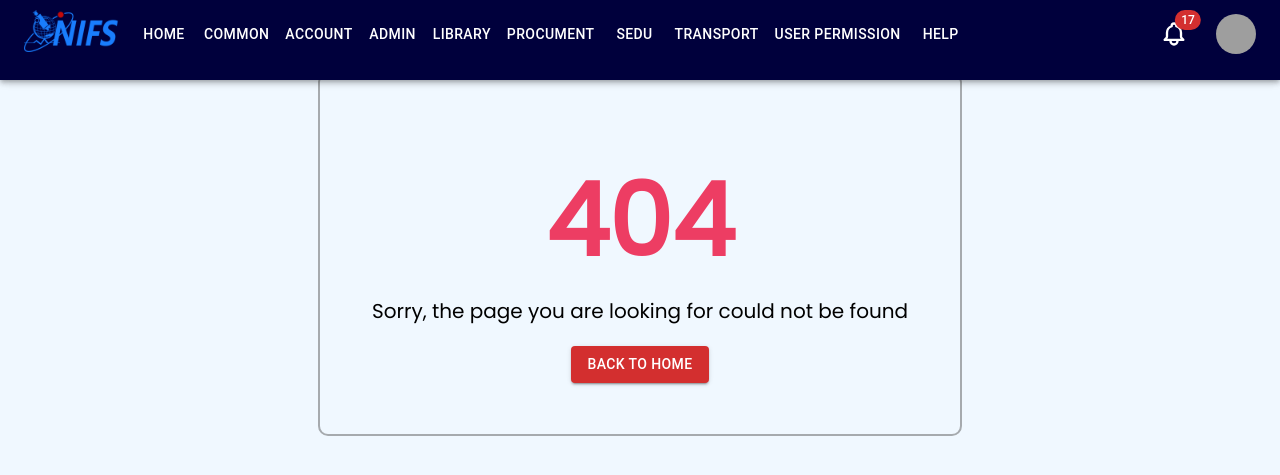
Repository: virangaj/NIFS-WebApp
Page: /error-404 (app in client/)
These files come from the project's save history. The page is drawn as it stood at one moment and after the next save; the edit follows.
The browser window is 1280 px wide. The pictures show the whole page.
Pictures or frames that could not be fetched are drawn as grey boxes. The project was rebuilt for these pictures with package versions that can differ from the ones it lists, and the page was loaded fresh each time. Also part of the build but not shown: client/src/pages/Login.tsx, client/src/pages/Home.tsx, client/src/components/Transport/shared/TransportNavbar.js, client/src/pages/TransportMainPage.tsx, client/src/pages/CommonMainPage.tsx, client/src/pages/AccountMainPage.tsx, client/src/pages/AdminMainPage.tsx, client/src/pages/LibraryMainPage.js and 16 more.

Above is the page before, as saved 2022-07-27 21:03:16.

After the next save:
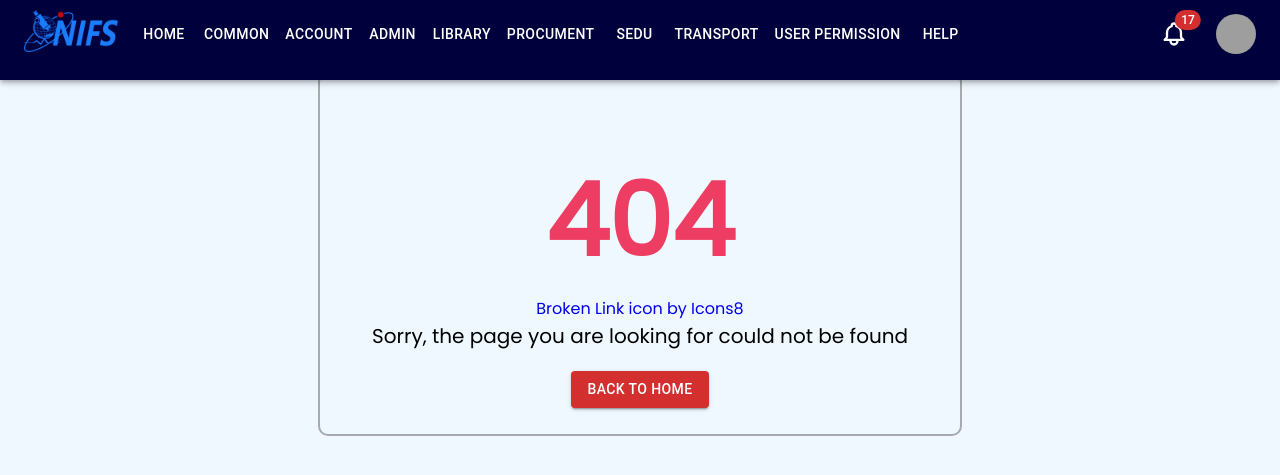
Saved 106 s later.
--- a/client/src/pages/ErrorPage.tsx
+++ b/client/src/pages/ErrorPage.tsx
@@ -9,6 +9,7 @@ function ErrorPage() {
 
                 <div className='error-page-content'>
                     <h1>404</h1>
+                    <a href="https://icons8.com/icon/DtROt5k9EsKk/broken-link">Broken Link icon by Icons8</a>
                     <p>Sorry, the page you are looking for could not be found</p>
                     <Link to='/'>
                         <Button variant="contained" color='error'>Back to home</Button>
